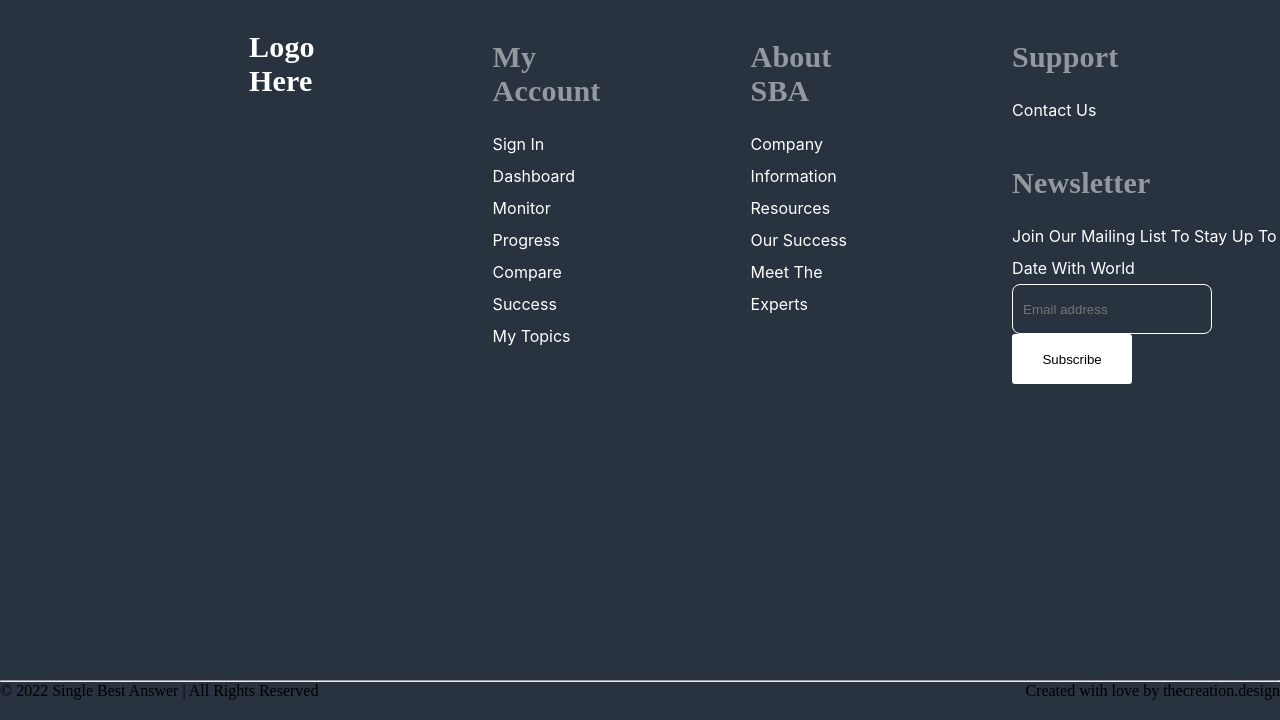
Repository: FaridRustamov09/Final-Task
Page: Pages/connectionPage/index.html
An editor plug-in stored every save of this project. The page is shown before and after the next save, followed by the edit.
The browser window is 1280 px wide. The pictures show the whole page.
The style sheet was rebuilt from its Sass, Less or Tailwind sources for each picture, by a compiler version that may differ from the author's.

Above is the page before, as saved 2024-07-14 20:55:46.

### Pages/connectionPage/index.html
<!DOCTYPE html>
<html lang="en">
  <head>
    <meta charset="UTF-8" />
    <meta name="viewport" content="width=device-width, initial-scale=1.0" />
    <title>Document</title>
    <link rel="stylesheet" href="index.css" />
  </head>
  <body>
    <div class="container4">
      <div class="helper-box">
        <b>Logo Here</b>
        <ul>
          <li class="title"><b>My Account</b></li>
          <li><a href="#">Sign In</a></li>
          <li><a href="#">Dashboard</a></li>
          <li><a href="#">Monitor Progress</a></li>
          <li><a href="#">Compare Success</a></li>
          <li><a href="#">My Topics</a></li>
        </ul>
        <ul>
          <li class="title"><b>About SBA </b></li>
          <li><a href="#">Company Information</a></li>
          <li><a href="#">Resources</a></li>
          <li><a href="#">Our Success</a></li>
          <li><a href="#">Meet The Experts</a></li>
        </ul>
        <ul>
          <li class="title"><b>Support</b></li>
          <li><a href="#">Contact Us</a></li>
          <li class="title"><b>Newsletter</b></li>
          <li>
            <a href="#">Join our mailing list to stay up to date with world</a>
          </li>
          <li class="subscribe">
            <input placeholder="Email address" type="email" /><button>
              Subscribe
            </button>
          </li>
        </ul>
      </div>
      <div class="finish">
        <hr />
        <div class="text-box">
            <p>© 2022 Single Best Answer | All Rights Reserved</p>
            <p>Created with love by thecreation.design</p>
        </div>

      </div>
    </div>
  </body>
</html>

### Pages/connectionPage/index.scss
* {
  margin: 0;
  padding: 0;
  box-sizing: border-box;
}
.container4 {
  background-color: #29323f;
  min-height: 100vh;
  display: flex;
  /* padding: 0 50px; */
  position: relative;
  .helper-box {
    padding-left: 249px;
    display: flex;
    b {
      color: var(--White, #fff);
      font-family: Poppins;
      font-size: 30px;
      font-style: normal;
      font-weight: 700;
      line-height: normal;
      letter-spacing: 0.183px;
      text-transform: capitalize;
      margin-top: 30px;
    }
    ul {
      display: flex;
      flex-direction: column;
      margin-left: 150px;
      .title {
        opacity: 0.5;
        color: var(--White, #fff);
        font-family: Inter;
        font-size: 20px;
        font-style: normal;
        font-weight: 500;
        line-height: normal;
        margin-bottom: 20px;
        margin-top: 40px;
      }
      li {
        color: var(--White, #fff);
        font-family: Inter;
        font-size: 16px;
        font-style: normal;
        font-weight: 400;
        line-height: 32px;
        text-transform: capitalize;
        list-style-type: none;
        a {
          text-decoration: none;
          color: var(--White, #fff);
          font-family: Inter;
          font-size: 16px;
          font-style: normal;
          font-weight: 400;
          line-height: 32px;
          text-transform: capitalize;
        }
      }
      .subscribe {
        input {
          outline: none;
          border-radius: 8px;
          border: 1px solid var(--White, #fff);
          background: none;
          width: 200px;
          height: 50px;
          padding: 5px 10px;
        }
        button {
          background-color: #ffffff;
          width: 120px;
          height: 50px;
          border-radius: 3px;
          border: none;
        }
      }
    }

  }
  .finish {
    width: 100%;
position: absolute;
bottom: 20px;
hr{
  width: 100%;
}
.text-box{
  display: flex;
  align-items: center;
  justify-content: space-between;
}
  }
}

After the next save:
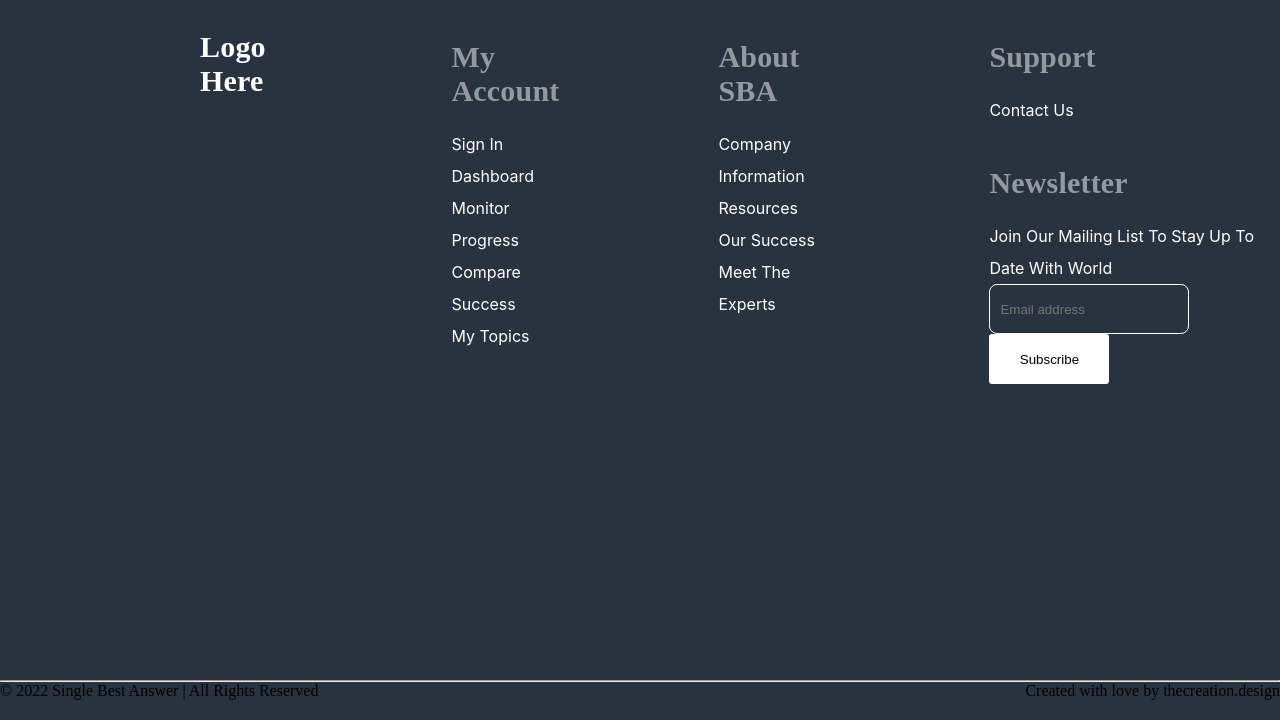
Saved 26 s later.
--- a/Pages/connectionPage/index.scss
+++ b/Pages/connectionPage/index.scss
@@ -10,7 +10,7 @@
   /* padding: 0 50px; */
   position: relative;
   .helper-box {
-    padding-left: 249px;
+    padding-left: 200px;
     display: flex;
     b {
       color: var(--White, #fff);
